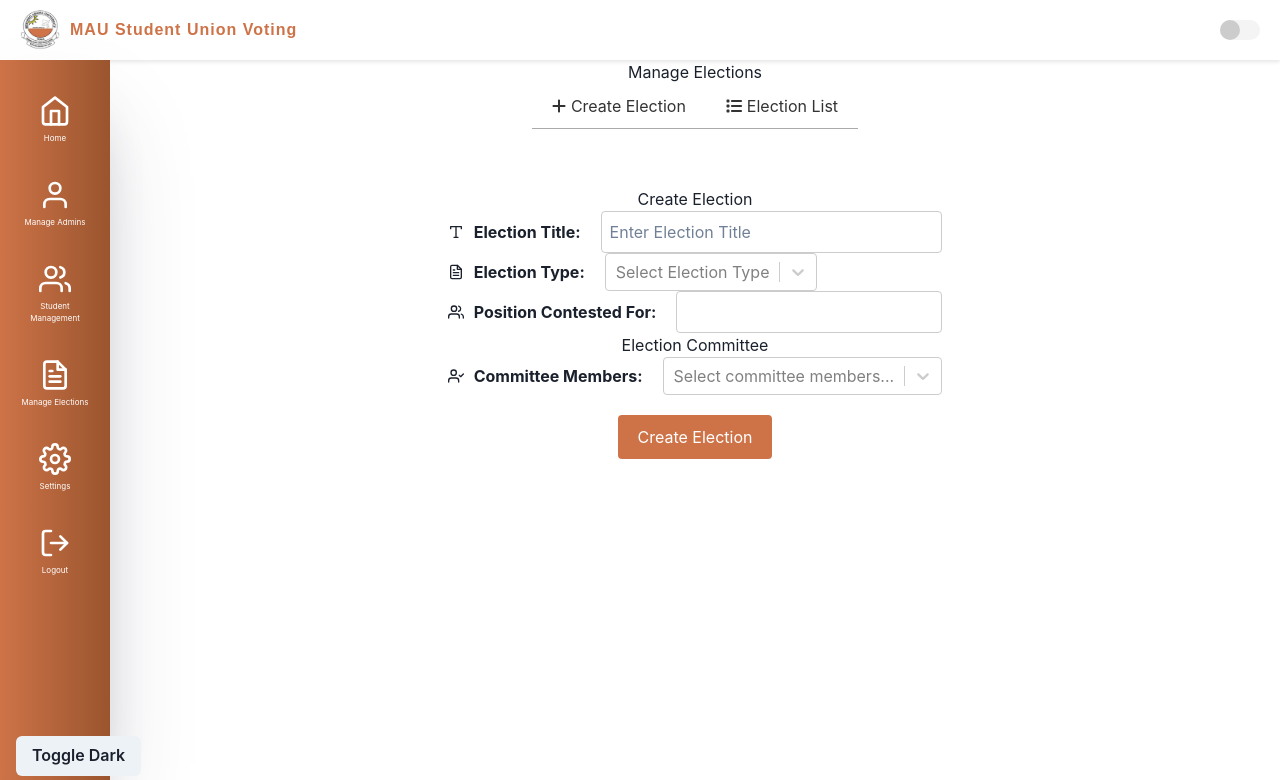
Repository: joena1o/e-vote
Page: /admin-dashboard/manage-elections
The author's editor kept a copy of each file at every save. The page is drawn from the files as they stood at one save, then again after the next save.
The browser window is 1280 px wide. The pictures show the whole page.
The project was rebuilt for these pictures with package versions that can differ from the ones it lists, and the page was loaded fresh each time. Also part of the build but not shown: src/components/EnhancedLogin.js, src/components/maincontent/RegisterStudents/ManageStudents.js, src/components/maincontent/RegisterStudents/RegisterStudents.js, src/components/maincontent/RegisterStudents/StudentManagement.js, src/components/maincontent/ElectionResults/ViewResults.js, src/components/maincontent/Settings/Settings.js, src/api/index.js, src/components/maincontent/home/Home.styles.js and 5 more.

Above is the page before, as saved 2023-10-20 12:47:22.

After the next save:
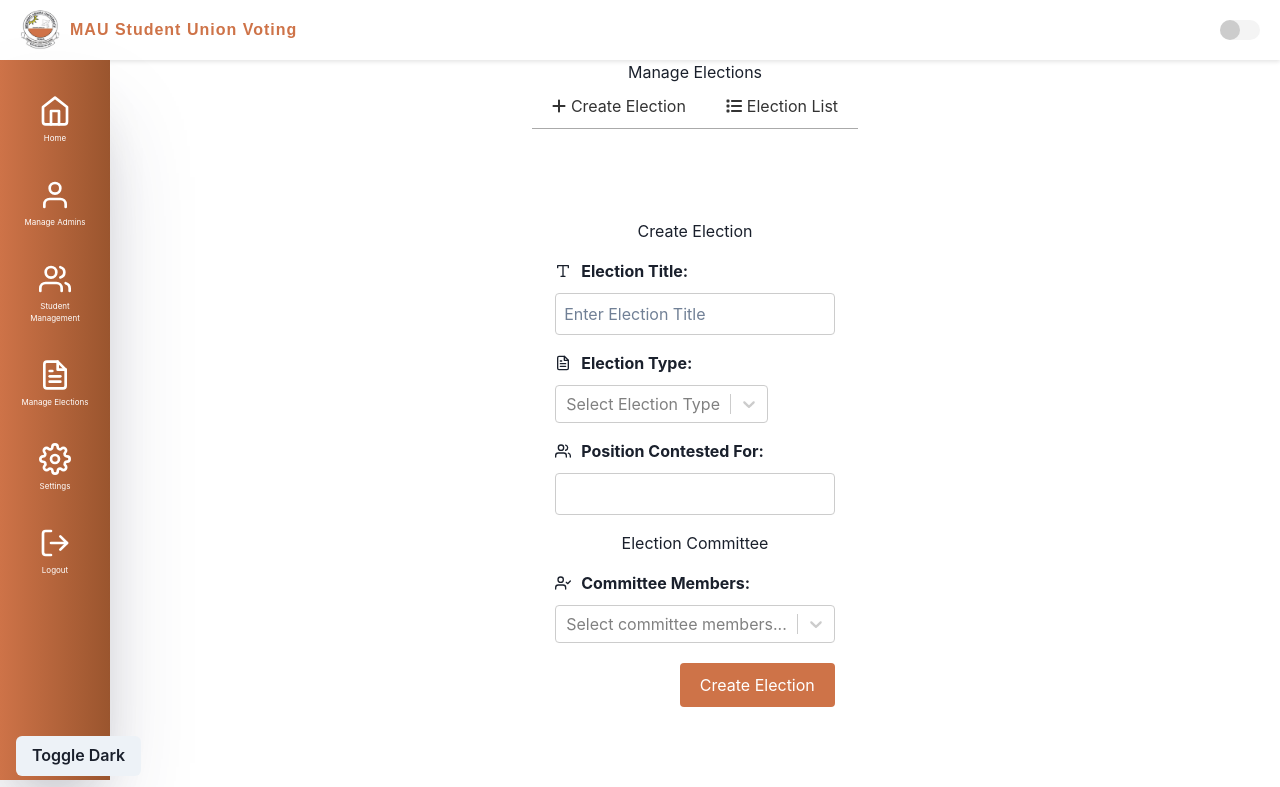
Saved 5 min 22 s later.
--- a/src/components/maincontent/ManageElections/CreateElection.js
+++ b/src/components/maincontent/ManageElections/CreateElection.js
@@ -8,22 +8,27 @@ const Form = styled.form`
   padding: 3em;
   border-radius: 0;
   backdrop-filter: blur(10px);
-  text-align: center;
+  max-width: 600px;
+  margin: 2em auto;
 `;
 
 const FormField = styled.div`
+  display: flex;
+  flex-direction: column;
+  margin: 1em 0;
+  align-items: start;
+`;
+
+const FormLabel = styled.label`
+  font-weight: bold;
+  margin-bottom: 10px;
   display: flex;
   align-items: center;
   gap: 10px;
 `;
 
-const FormLabel = styled.label`
-  font-weight: bold;
-  margin-right: 10px;
-`;
-
 const FormInput = styled.input`
-  flex-grow: 1;
+  width: 100%;
   padding: 0.5rem;
   border: 1px solid #ccc;
   border-radius: 4px;
@@ -39,6 +44,8 @@ const SubmitButton = styled.button`
   font-size: 1rem;
   color: white;
   cursor: pointer;
+  display: block;
+  margin-left: auto;
 `;
 
 const CreateElection = () => {
@@ -58,56 +65,66 @@ const electionTypeOptions = [
   { value: 'department', label: 'Department' }
 ];
 
-  return (
-    <Form>
-      <h2>Create Election</h2>
+return (
+  <Form>
+    <h2>Create Election</h2>
 
+    <FormField>
+      <FormLabel htmlFor="electionTitle">
+        <FiType />
+        Election Title:
+      </FormLabel>
+      <FormInput id="electionTitle" name="electionTitle" type="text" placeholder="Enter Election Title" />
+    </FormField>
+
+    <FormField>
+      <FormLabel htmlFor="electionType">
+        <FiFileText />
+        Election Type:
+      </FormLabel>
+      <Select
+          id="electionType"
+          options={electionTypeOptions}
+          onChange={(option) => setElectionType(option.value)}
+          placeholder="Select Election Type"
+      />
+    </FormField>
+
+    {(electionType === 'faculty' || electionType === 'department') && (
       <FormField>
-        <FiType />
-        <FormLabel htmlFor="electionTitle">Election Title:</FormLabel>
-        <FormInput id="electionTitle" name="electionTitle" type="text" placeholder="Enter Election Title" />
+        <FormLabel htmlFor="name">
+          <FiClipboard />
+          {electionType.charAt(0).toUpperCase() + electionType.slice(1)} Name:
+        </FormLabel>
+        <FormInput id="name" name="name" type="text" />
       </FormField>
+    )}
 
-      <FormField>
-      <FiFileText />
-    <FormLabel htmlFor="electionType">Election Type:</FormLabel>
-    <Select
-        id="electionType"
-        options={electionTypeOptions}
-        onChange={(option) => setElectionType(option.value)}
-        placeholder="Select Election Type"
-    />
-      </FormField>
+    <FormField>
+      <FormLabel htmlFor="position">
+        <FiUsers />
+        Position Contested For:
+      </FormLabel>
+      <FormInput id="position" name="position" type="text" />
+    </FormField>
 
-      {(electionType === 'faculty' || electionType === 'department') && (
-        <FormField>
-          <FiClipboard />
-          <FormLabel htmlFor="name">{electionType.charAt(0).toUpperCase() + electionType.slice(1)} Name:</FormLabel>
-          <FormInput id="name" name="name" type="text" />
-        </FormField>
-      )}
+    <h3>Election Committee</h3>
+    <FormField>
+      <FormLabel>
+        <FiUserCheck />
+        Committee Members:
+      </FormLabel>
+      <Select
+        isMulti
+        options={students}
+        onChange={setSelectedCommittee}
+        placeholder="Select committee members..."
+      />
+    </FormField>
 
-      <FormField>
-        <FiUsers />
-        <FormLabel htmlFor="position">Position Contested For:</FormLabel>
-        <FormInput id="position" name="position" type="text" />
-      </FormField>
-
-      <h3>Election Committee</h3>
-      <FormField>
-        <FiUserCheck />
-        <FormLabel>Committee Members:</FormLabel>
-        <Select
-          isMulti
-          options={students}
-          onChange={setSelectedCommittee}
-          placeholder="Select committee members..."
-        />
-      </FormField>
-
-      <SubmitButton>Create Election</SubmitButton>
-    </Form>
-  );
+    <SubmitButton>Create Election</SubmitButton>
+  </Form>
+);
 };
 
 export default CreateElection;
